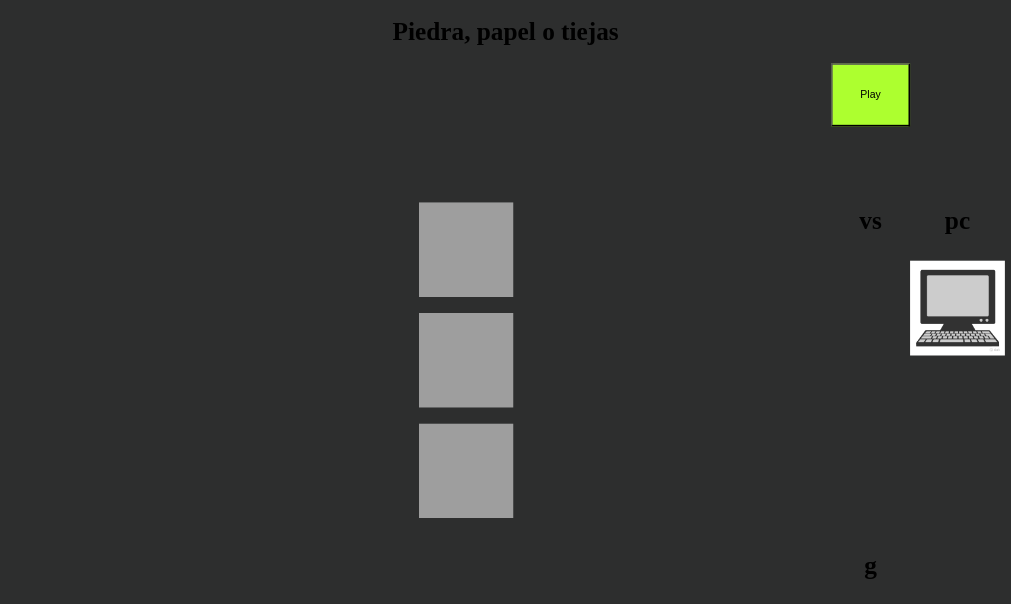
Repository: Kevin8548/FundamentosJS
Page: scissors.html
These files come from the project's save history. The page is drawn as it stood at one moment and after the next save; the edit follows.
The browser window is 1280 px wide. The pictures show the whole page, at 79% of full size.
Pictures or frames that could not be fetched are drawn as grey boxes.

Above is the page before, as saved 2024-09-23 05:46:11.
Console error: SyntaxError: Unexpected token ';'

After the next save:
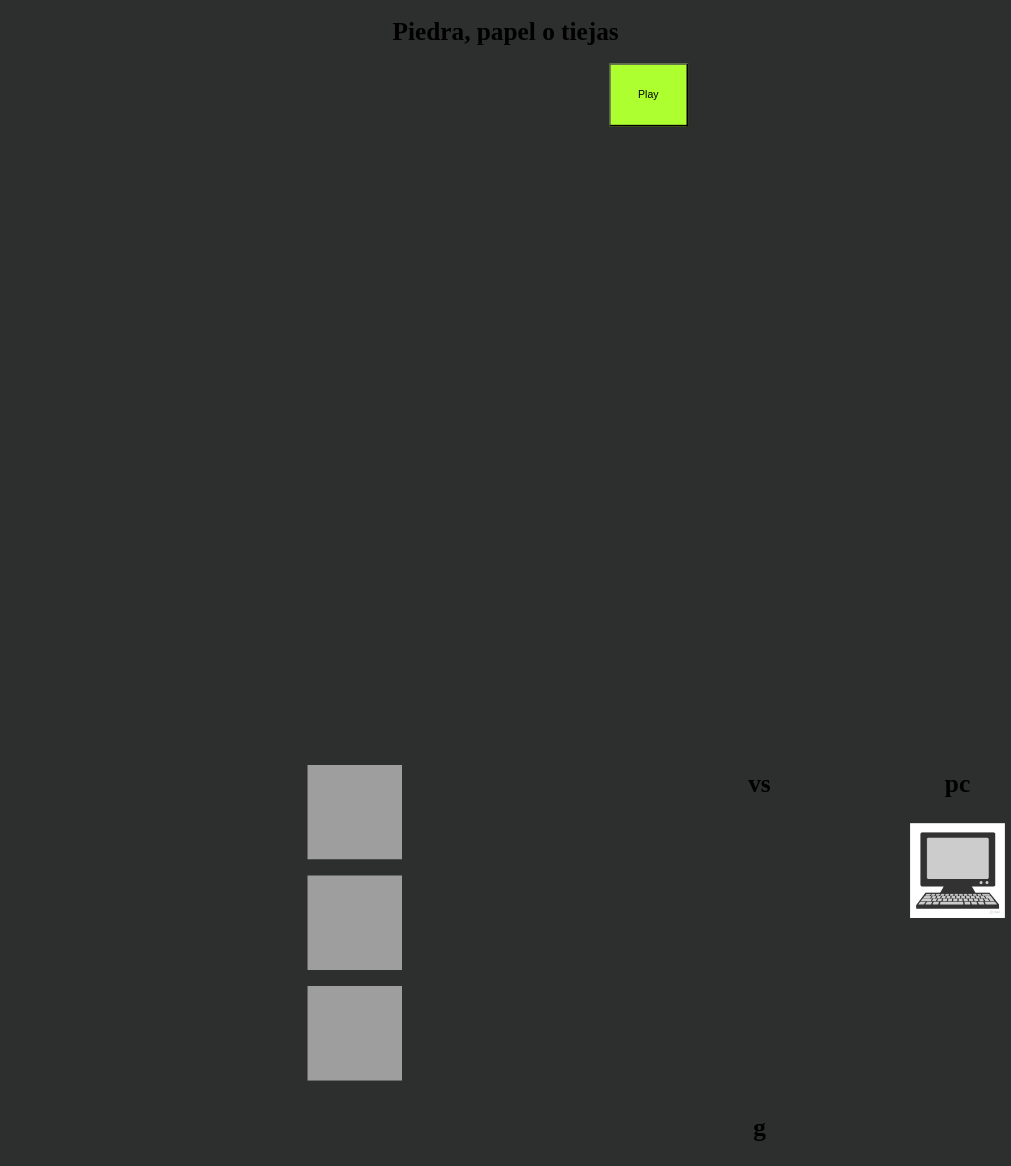
Saved 11 s later.
--- a/style.css
+++ b/style.css
@@ -1,7 +1,7 @@
 .parent {
 display:grid ;
-grid-template-columns: repeat(2, 1fr);
-grid-template-rows: repeat(2, 1fr);
+grid-template-columns: repeat(3, 1fr);
+grid-template-rows: repeat(3, 1fr);
 grid-column-gap: 0px;
 grid-row-gap: 0px;
 }
